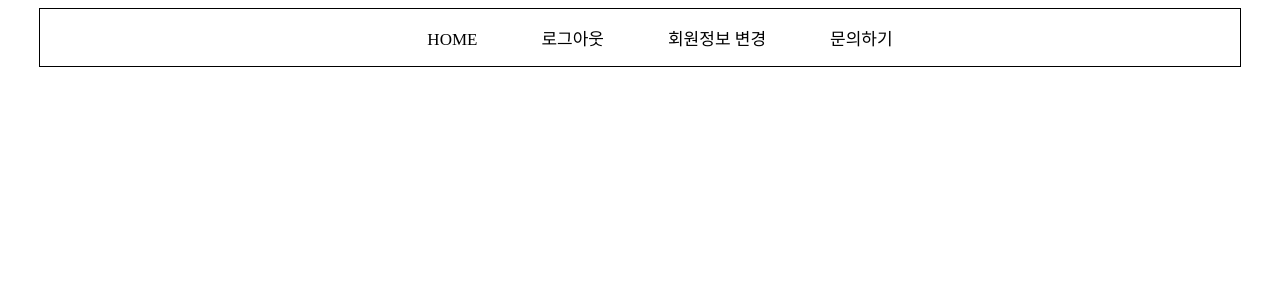
Repository: ceooyh/JSP
Page: http://localhost/memberProject/template/header2.jsp
These files come from the project's save history. The page is drawn as it stood at one moment and after the next save; the edit follows.
The browser window is 1280 px wide. The pictures show the whole page.
The pointer rests on the first visible `li`.
The page is served by Tomcat 9.

Above is the page before, as saved 2020-12-30 07:55:54.

After the next save:
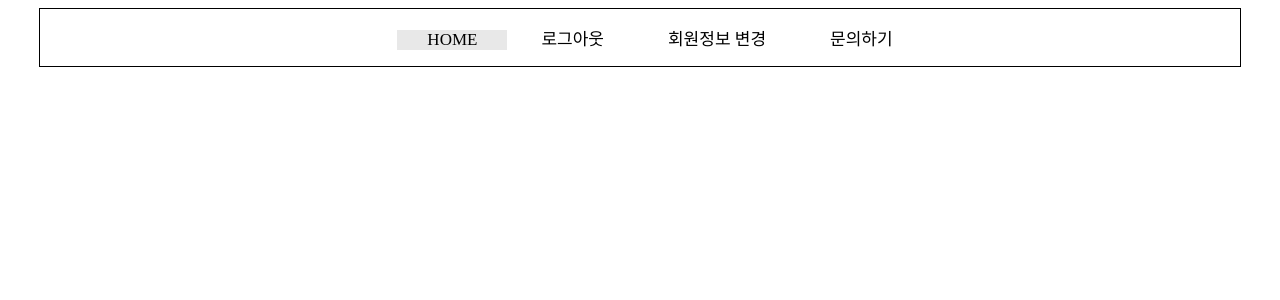
Saved 5 min 30 s later.
--- a/memberProject/WebContent/template/header2.jsp
+++ b/memberProject/WebContent/template/header2.jsp
@@ -23,6 +23,10 @@
 		text-align: center;
 		padding: 20px 30px;
 	}
+	li:hover{
+		background-color: #e8e8e8;
+		color:#white;
+	}
 	ul>li:last-child {
 		position: absolute;
 		right: 50px;
